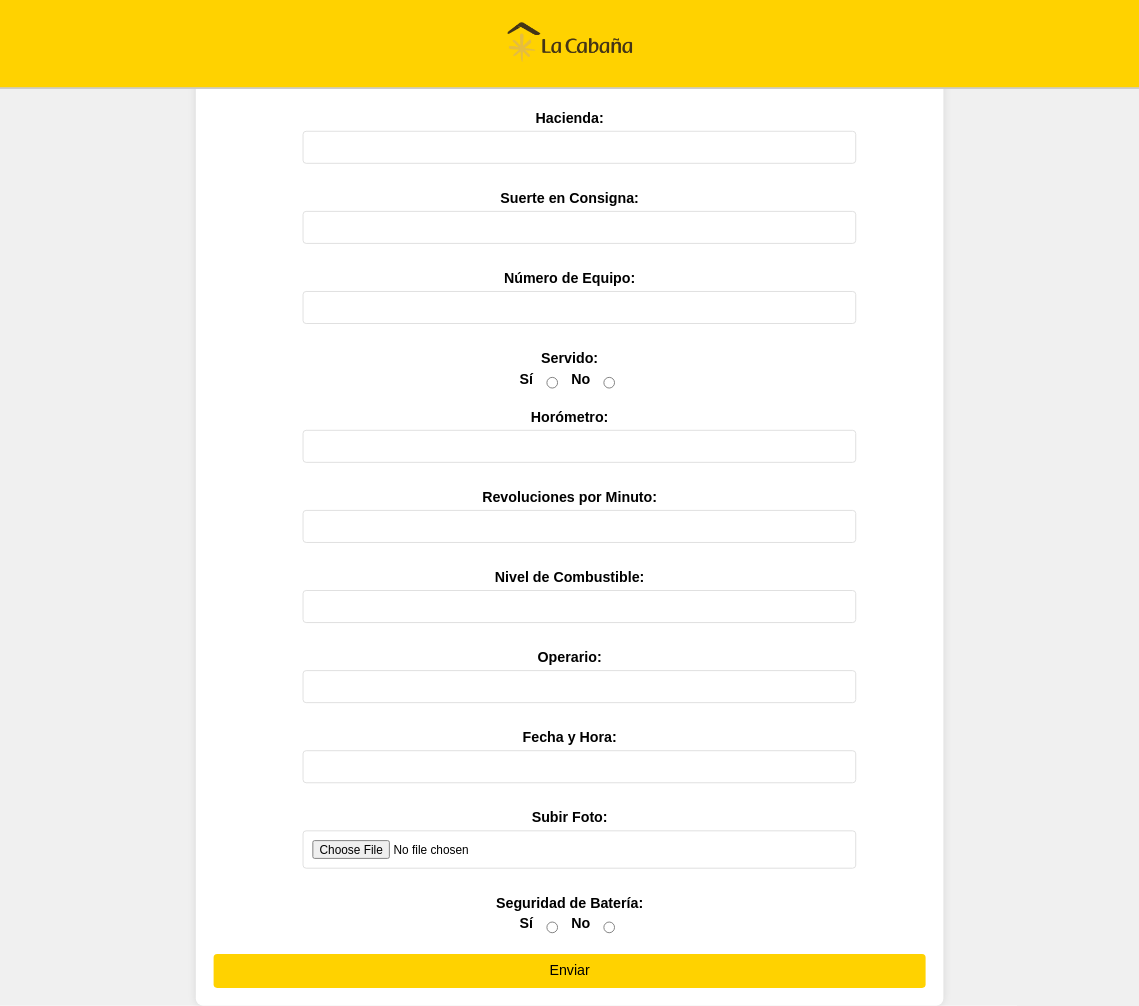
Repository: tayuanlogua/prototipo-de-control-de-accesos
Page: Patrullas/src/motobombas.html
The author's editor kept a copy of each file at every save. The page is drawn from the files as they stood at one save, then again after the next save.
The browser window is 1280 px wide. The pictures show the whole page, at 89% of full size.

Above is the page before, as saved 2024-08-09 09:04:42.

After the next save:
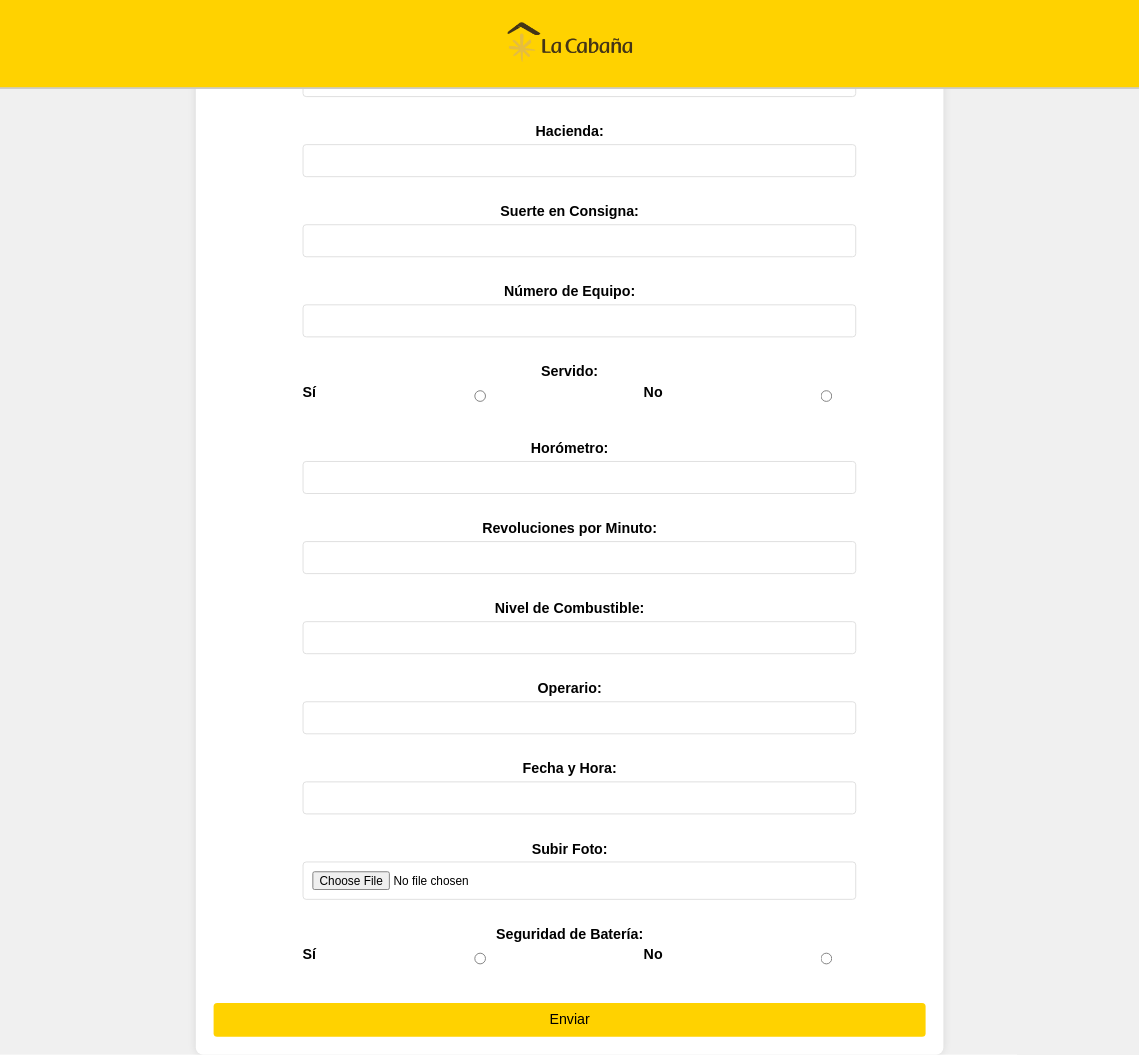
Saved 80 s later.
--- a/Patrullas/src/styles.css
+++ b/Patrullas/src/styles.css
@@ -37,9 +37,8 @@
   border-radius: 8px;
   box-shadow: 0 0 10px rgba(0, 0, 0, 0.1);
   text-align: center; /* Centrar el contenido dentro del contenedor */
-  margin-top: 180px; /* Ajusta el espacio superior para evitar el header fijo */
+  margin-top: 250px; /* Aumenta el espacio superior para evitar el header fijo */
   /* Asegura que el contenedor no se oculte detrás del header */
-  position: relative; /* Añadido para gestionar la posición del contenedor */
 }
 
 /* Estilos para el título del formulario */
@@ -61,7 +60,6 @@
   max-width: 600px; /* Ancho máximo de cada grupo de formulario */
   margin-bottom: 20px; /* Espacio debajo de cada grupo de formulario */
   /* Asegura que los campos no se oculten */
-  position: relative;
 }
 
 label {
@@ -89,8 +87,10 @@
 /* Estilos para los botones de opción (radio) */
 .radio-group {
   display: flex;
-  justify-content: center; /* Centra los botones horizontalmente */
-  gap: 10px; /* Espacio entre los botones de opción */
+  justify-content: space-between; /* Alinea los botones de opción a los lados */
+  width: 100%; /* Asegura que los botones se alineen correctamente */
+  max-width: 600px; /* Asegura que la radio-group no se expanda demasiado */
+  margin-bottom: 20px; /* Espacio debajo del grupo de radio */
 }
 
 textarea {
